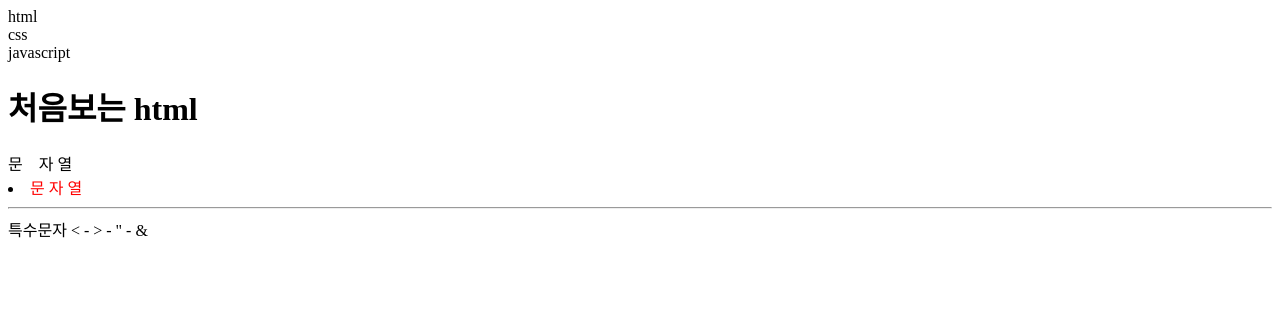
Repository: rightsecond3/java52
Page: workspace_script/dev_html/WebContent/html_day1/basicEl.html
The author's editor kept a copy of each file at every save. The page is drawn from the files as they stood at one save, then again after the next save.
The browser window is 1280 px wide. The pictures show the whole page.

Above is the page before, as saved 2019-06-04 03:09:11.

### workspace_script/dev_html/WebContent/html_day1/basicEl.html
<!DOCTYPE html>
<html>
<!-- head영역에는 CSS소스를 추가하거나 JavaScript 소스를 추가할 수 있다.
head영역에는 title 태그를 사용할 수 있다.
 -->
<head>
<meta charset="EUC-KR">
<title>Insert title here</title>
</head>
<body>
<!-- 화면처리 내용을 볼 수 있다. -->
html<br>
css<br>
javascript
<h1>처음보는 html</h1>
문 &nbsp;&nbsp;&nbsp;자&nbsp;열<!-- 태그이름은 없고 값이긴 하다. -->
<li><font color="red">문 자      열</font></li>
<hr>
특수문자
&lt; - &gt; - &quot; - &amp;
</body>
</html>

After the next save:
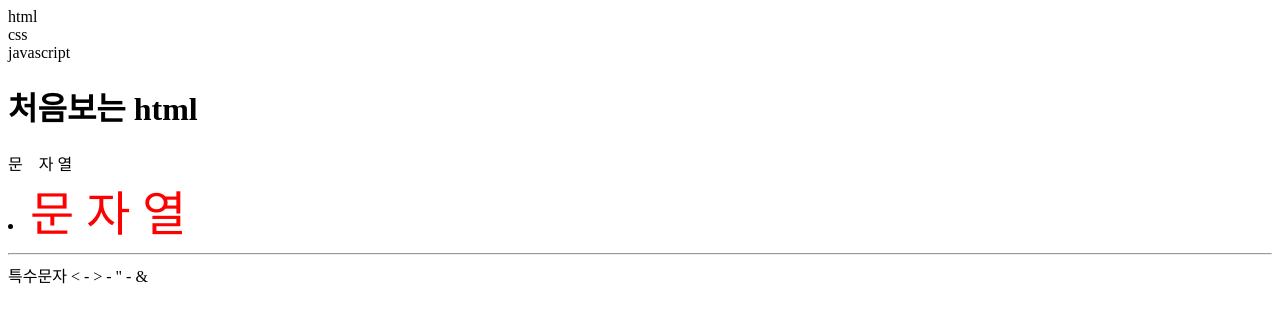
Saved 4 min 23 s later.
--- a/workspace_script/dev_html/WebContent/html_day1/basicEl.html
+++ b/workspace_script/dev_html/WebContent/html_day1/basicEl.html
@@ -14,7 +14,9 @@ css<br>
 javascript
 <h1>처음보는 html</h1>
 문 &nbsp;&nbsp;&nbsp;자&nbsp;열<!-- 태그이름은 없고 값이긴 하다. -->
-<li><font color="red">문 자      열</font></li>
+<li><font color="red" size="12" face="궁서체">
+문 자   열
+</font></li>
 <hr>
 특수문자
 &lt; - &gt; - &quot; - &amp;
